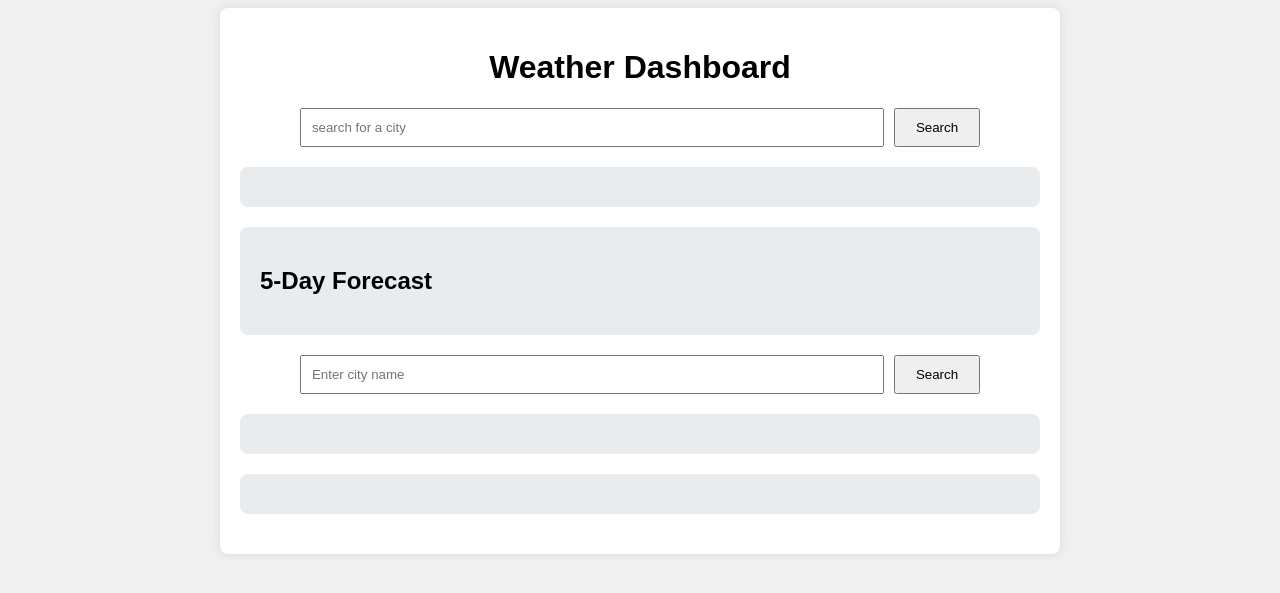
Repository: PaigeC001/WeatherOutlookTracker
Page: WeatherOutlookTracker/index.html
An editor plug-in stored every save of this project. The page is shown before and after the next save, followed by the edit.
The browser window is 1280 px wide. The pictures show the whole page.

Above is the page before, as saved 2024-07-16 04:10:25.

### WeatherOutlookTracker/index.html
<!DOCTYPE html>
<html lang="en">
<head>
    <meta charset="UTF-8">
    <meta name="viewport" content="width=device-width, initial-scale=1.0">
    <title>Weather Dashboard</title>
    <link rel="stylesheet" href="styles.css">
</head>
<body>
    <div class="container">
        <h1>Weather Dashboard</h1>
    </header>
    <main>
        <section class="search-section">
            <input type="text" id="city-input" placeholder="search for a city">
            <button id="search-button">Search</button>
            <div id="search-history" class="search-history"></div>
        </section>
        <section id="current-weather" class="current-weather"></section>
        <section id="forecast" class="forecast">
            <h2>5-Day Forecast</h2>
            <div id="forecast-items" class="forecast-items"></div>
        </section>
    </main>
        <div class="search-section">
            <input type="text" id="city-input" placeholder="Enter city name">
            <button id="search-button">Search</button>
        </div>
        <div class="search-history" id="search-history"></div>
        <div class="current-weather" id="current-weather"></div>
        <div class="forecast" id="forecast"></div>
    </div>
    <script src="script.js"></script>
</body>
</html>

### WeatherOutlookTracker/styles.css
body {
    font-family: Arial, sans-serif;
    background-color: #f0f0f0;
}

.container {
    max-width: 800px;
    margin: auto;
    padding: 20px;
    background-color: white;
    border-radius: 8px;
    box-shadow: 0 0 10px rgba(0, 0, 0, 0.1);
}

h1 {
    text-align: center;
}

.search-section {
    display: flex;
    justify-content: center;
    margin-bottom: 20px;
}

#city-input {
    width: 70%;
    padding: 10px;
    margin-right: 10px;
}

#search-button {
    padding: 10px 20px;
    cursor: pointer;
}

.search-history {
    margin-bottom: 20px;
}

.search-history button {
    display: block;
    width: 100%;
    margin: 5px 0;
    padding: 10px;
    cursor: pointer;
    background-color: #007bff;
    color: white;
    border: none;
    border-radius: 4px;
}

.current-weather, .forecast {
    margin-bottom: 20px;
    padding: 20px;
    background-color: #e9ecef;
    border-radius: 8px;
}

.forecast .forecast-item {
    display: inline-block;
    width: 18%;
    margin-right: 2%;
    background-color: white;
    padding: 10px;
    border-radius: 8px;
    text-align: center;
}

### WeatherOutlookTracker/script.js
const apiKey = 'fe4d8bc132a06db690ae7d80bd8988ae';
const searchButton = document.getElementById('search-button');
const cityInput = document.getElementById('city-input');
const currentWeather = document.getElementById('current-weather');
const forecast = document.getElementById('forecast');
const searchHistory = document.getElementById('search-history');

let cities = [];

searchButton.addEventListener('click', () => {
    const city = cityInput.value;
    if (city && !cities.includes(city)) {
        cities.push(city);
        updateSearchHistory();
        getWeather(city);
    }
});

searchHistory.addEventListener('click', (event) => {
    if (event.target.tagName === 'BUTTON') {
        const city = event.target.textContent;
        getWeather(city);
    }
});

function updateSearchHistory() {
    searchHistory.innerHTML = '';
    cities.forEach(city => {
        const button = document.createElement('button');
        button.textContent = city;
        searchHistory.appendChild(button);
    });
}

function getWeather(city) {
    fetch(`https://api.openweathermap.org/data/2.5/weather?q=${city}&appid=${apiKey}&units=metric`)
        .then(response => response.json())
        .then(data => {
            displayCurrentWeather(data);
            return fetch(`https://api.openweathermap.org/data/2.5/forecast?q=${city}&appid=${apiKey}&units=metric`);
        })
        .then(response => response.json())
        .then(data => {
            displayForecast(data);
        })
        .catch(error => {
            console.error('Error fetching weather data:', error);
        });
}

function displayCurrentWeather(data) {
    const { name, dt, weather, main, wind } = data;
    currentWeather.innerHTML = `
        <h2>${name}</h2>
        <p>${new Date(dt * 1000).toLocaleDateString()}</p>
        <img src="https://openweathermap.org/img/wn/${weather[0].icon}.png" alt="${weather[0].description}">
        <p>Temperature: ${main.temp} °C</p>
        <p>Humidity: ${main.humidity}%</p>
        <p>Wind Speed: ${wind.speed} m/s</p>
    `;
}

function displayForecast(data) {
    forecast.innerHTML = '<h3>5-Day Forecast</h3>';
    const forecastList = data.list.filter((_, index) => index % 8 === 0);
    forecastList.forEach(item => {
        const { dt, weather, main, wind } = item;
        const forecastItem = document.createElement('div');
        forecastItem.className = 'forecast-item';
        forecastItem.innerHTML = `
            <p>${new Date(dt * 1000).toLocaleDateString()}</p>
            <img src="https://openweathermap.org/img/wn/${weather[0].icon}.png" alt="${weather[0].description}">
            <p>Temp: ${main.temp} °C</p>
            <p>Humidity: ${main.humidity}%</p>
            <p>Wind: ${wind.speed} m/s</p>
        `;
        forecast.appendChild(forecastItem);
    });
}

After the next save:
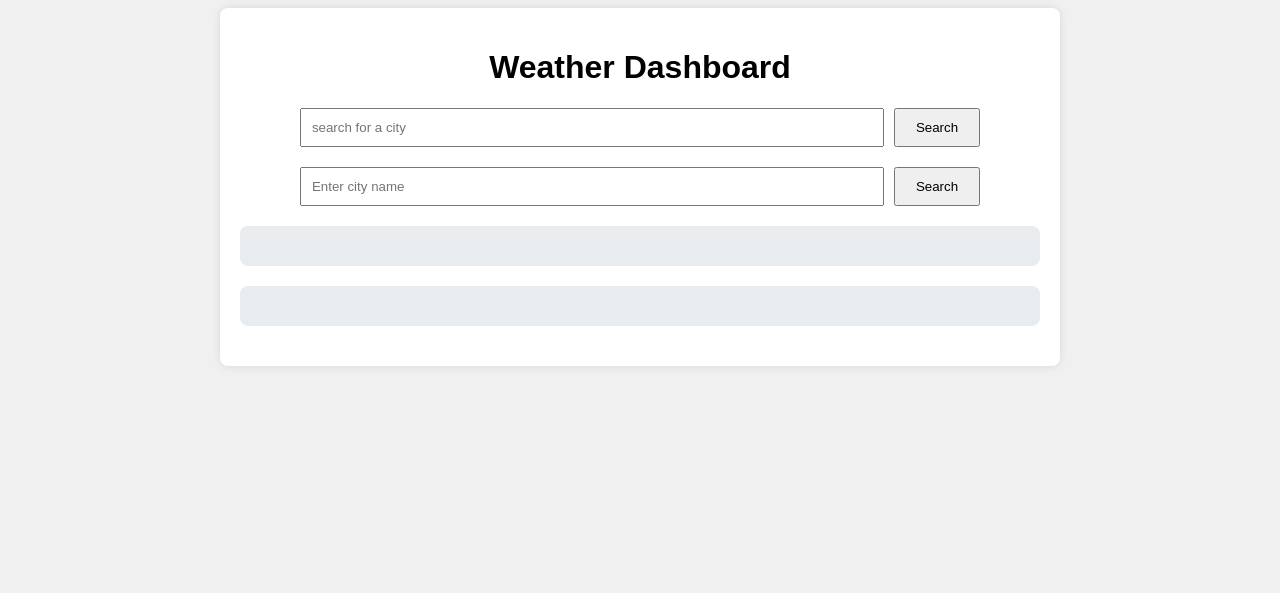
Saved 103 s later.
--- a/WeatherOutlookTracker/index.html
+++ b/WeatherOutlookTracker/index.html
@@ -16,11 +16,7 @@
             <button id="search-button">Search</button>
             <div id="search-history" class="search-history"></div>
         </section>
-        <section id="current-weather" class="current-weather"></section>
-        <section id="forecast" class="forecast">
-            <h2>5-Day Forecast</h2>
-            <div id="forecast-items" class="forecast-items"></div>
-        </section>
+
     </main>
         <div class="search-section">
             <input type="text" id="city-input" placeholder="Enter city name">
